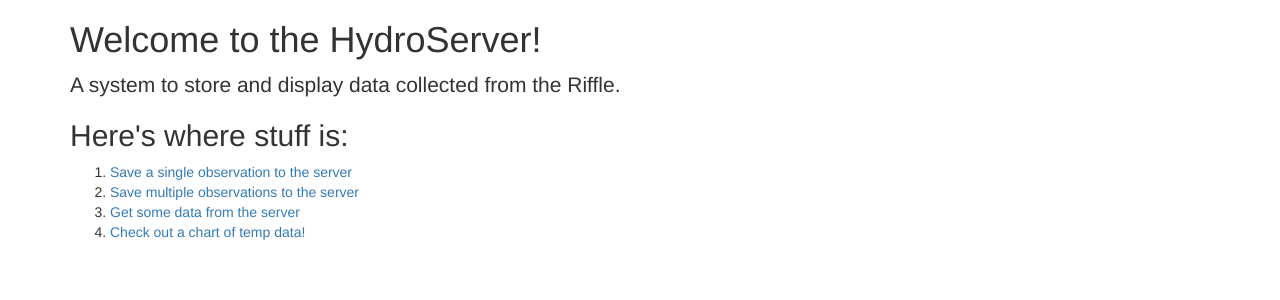
Repository: OpenWaterProject/surata-server
Page: templates/index.html
The author's editor kept a record of every edit. The page is drawn from the files as they stood at one moment, then again after the next edit.
The browser window is 1280 px wide. The pictures show the whole page.
Some web libraries are served in a nearby version. The template is drawn by Flask 3. The application's start-up code is not run. Other server files are loaded and not shown. The template is opened directly, without the code that normally fills it, so the values that code supplies are empty.

Above is the page before.

### templates/index.html
<!DOCTYPE html>
<html lang="en">
  <head>
    <meta charset="utf-8">
    <meta http-equiv="X-UA-Compatible" content="IE=edge">
    <meta name="viewport" content="width=device-width, initial-scale=1">
    <title>Surata Visible</title>

    <!-- Bootstrap -->

	<link rel="stylesheet" href="https://maxcdn.bootstrapcdn.com/bootstrap/3.3.1/css/bootstrap.min.css">

    <!-- HTML5 shim and Respond.js for IE8 support of HTML5 elements and media queries -->
    <!-- WARNING: Respond.js doesn't work if you view the page via file:// -->
    <!--[if lt IE 9]>
      <script src="https://oss.maxcdn.com/html5shiv/3.7.2/html5shiv.min.js"></script>
      <script src="https://oss.maxcdn.com/respond/1.4.2/respond.min.js"></script>
    <![endif]-->
  </head>
  <body>
     <div class="container">

      <div class="starter-template">
        <h1>Welcome to the HydroServer!</h1>
        <p class="lead">A system to store and display data collected from the Riffle.</p>
        <h2>Here's where stuff is:</h2>
        <ol>
        	<li><a href="/saveSingleObservation">Save a single observation to the server</a></li>
        	<li><a href="/saveMultipleObservations">Save multiple observations to the server</a></li>
        	<li><a href="/dataDump?listOfParams=temp_c&sort=-1">Get some data from the server</a></li>
        	<li><a href="/visualize?listOfParams=temp_c">Check out a chart of temp data!</a></li>
        </ol>

      </div>

    </div><!-- /.container -->

    <!-- jQuery (necessary for Bootstrap's JavaScript plugins) -->
    <script src="https://ajax.googleapis.com/ajax/libs/jquery/1.11.1/jquery.min.js"></script>
    <!-- Include all compiled plugins (below), or include individual files as needed -->
    <script src="https://maxcdn.bootstrapcdn.com/bootstrap/3.3.1/js/bootstrap.min.js"></script>
  </body>
</html>

After the next edit:
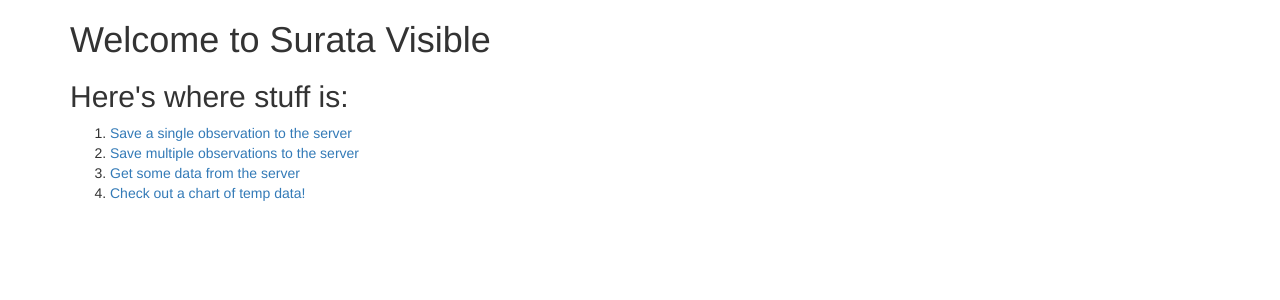
The edit:
--- a/templates/index.html
+++ b/templates/index.html
@@ -21,8 +21,9 @@
      <div class="container">
 
       <div class="starter-template">
-        <h1>Welcome to the HydroServer!</h1>
-        <p class="lead">A system to store and display data collected from the Riffle.</p>
+        <h1>Welcome to Surata Visible</h1>
+       <!-- <p class="lead">A system to store and display data collected from the Riffle.</p>-->
+
         <h2>Here's where stuff is:</h2>
         <ol>
         	<li><a href="/saveSingleObservation">Save a single observation to the server</a></li>
